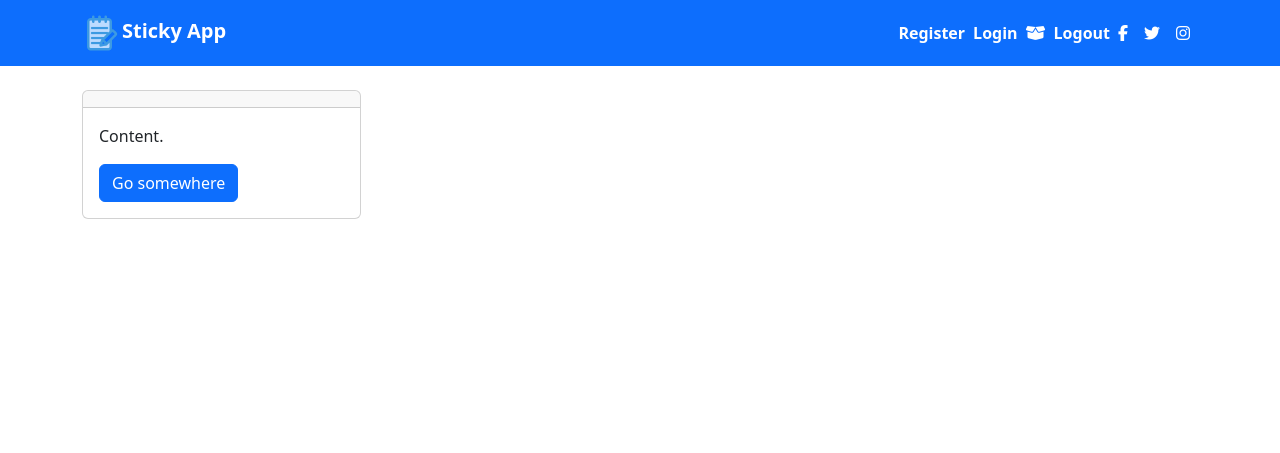
Repository: Mennaaymangalal/Sticky-App
Page: /note
These files come from the project's save history. The page is drawn as it stood at one moment and after the next save; the edit follows.
The browser window is 1280 px wide. The pictures show the whole page.
The project was rebuilt for these pictures with package versions that can differ from the ones it lists, and the page was loaded fresh each time. Also part of the build but not shown: vite.config.js, src/Pages/Home/Home.jsx, src/Pages/Login/Login.jsx, src/Pages/NotFound/NotFound.jsx, src/Pages/SignUp/SignUp.jsx.

Above is the page before, as saved 2025-04-04 15:48:30.

After the next save:
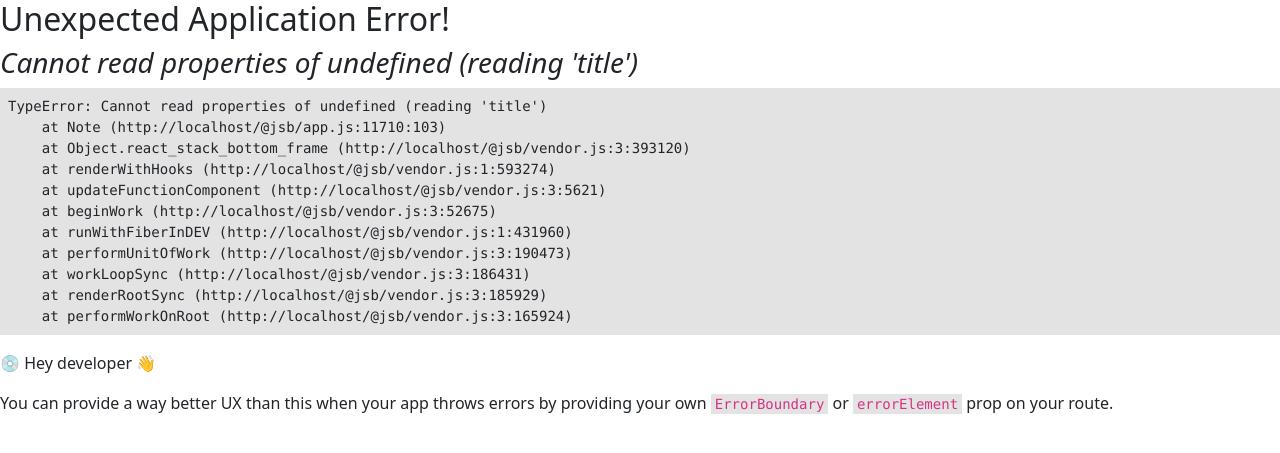
Saved 5 s later.
--- a/src/Pages/Note/Note.jsx
+++ b/src/Pages/Note/Note.jsx
@@ -8,7 +8,7 @@ export default function Note({notes}) {
     <>
      <div className="col-3 py-4">
      <Card>
-      <Card.Header>{notes}</Card.Header>
+      <Card.Header>{notes.title}</Card.Header>
       <Card.Body>
         <Card.Text>
          Content.
